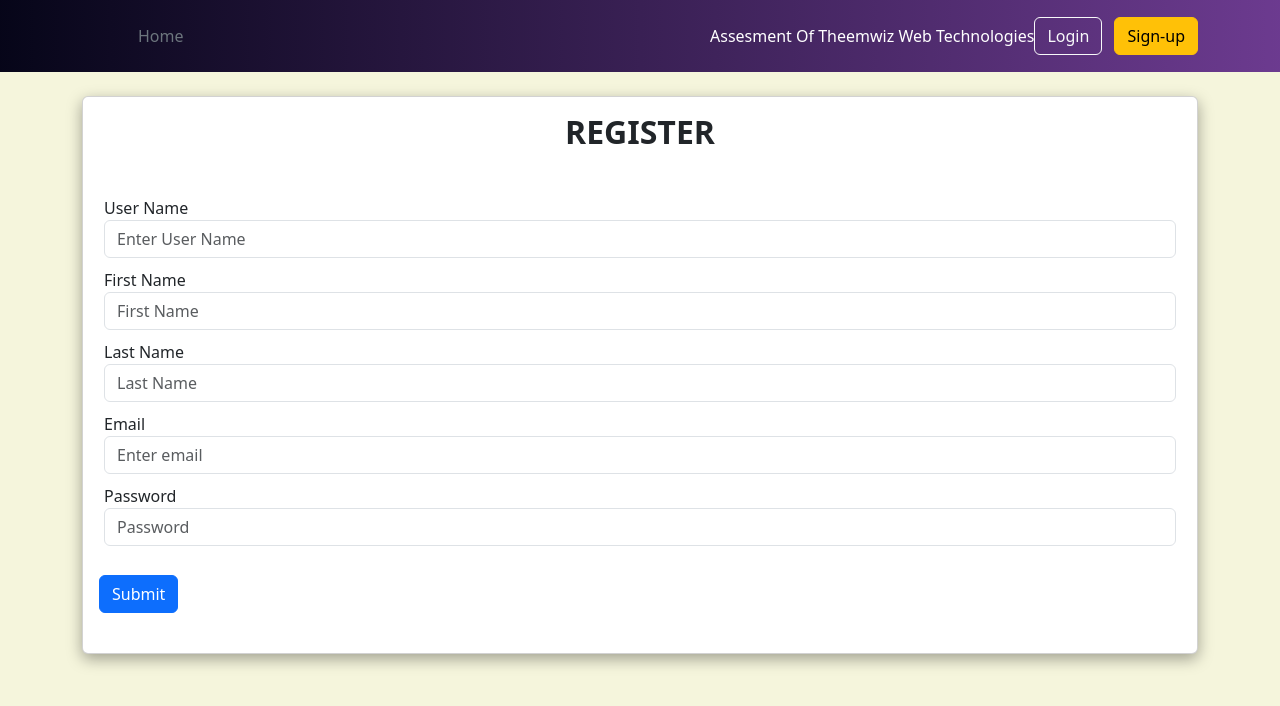
Repository: professorsourabh/php_membership
Page: index.html
An editor plug-in stored every save of this project. The page is shown before and after the next save, followed by the edit.
The browser window is 1280 px wide. The pictures show the whole page.

Above is the page before, as saved 2023-07-08 17:30:15.

After the next save:
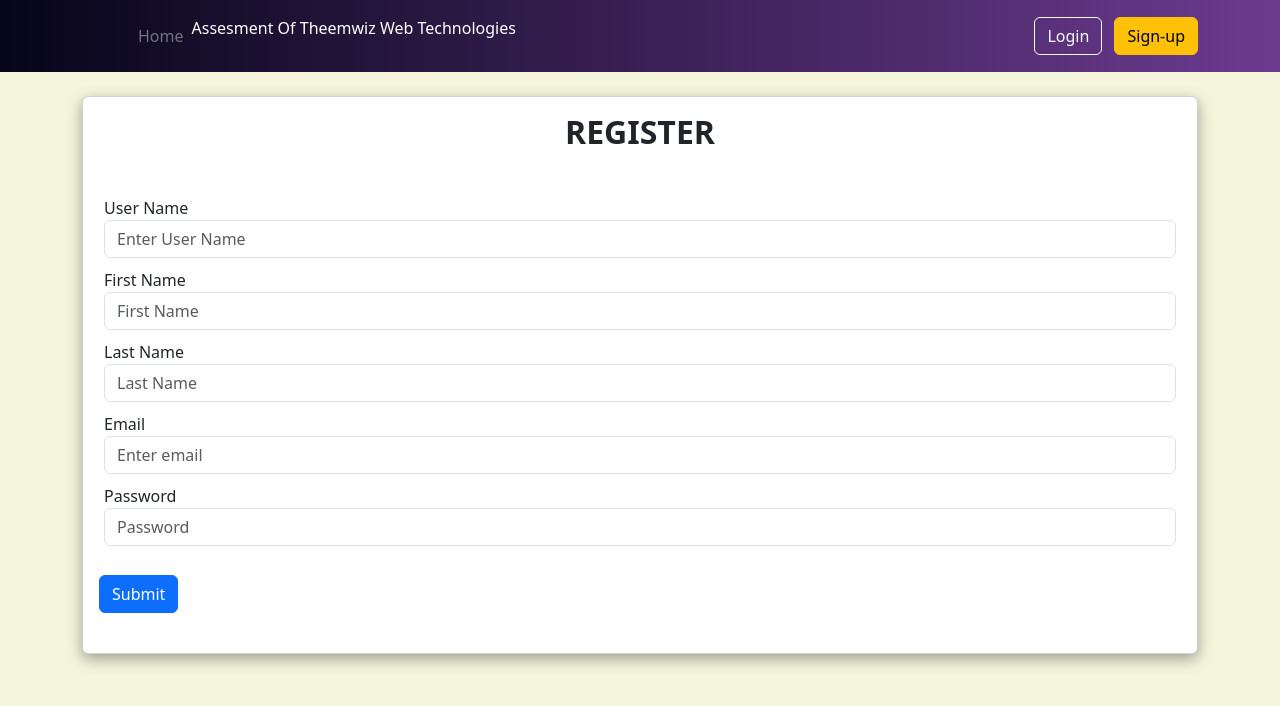
Saved 8 s later.
--- a/index.html
+++ b/index.html
@@ -16,11 +16,11 @@
 
             <ul class="nav col-12 col-lg-auto me-lg-auto mb-2 justify-content-center mb-md-0">
               <li><a href="#" class="nav-link px-2 text-secondary">Home</a></li>
-
-            </ul>
-            <div class="text-center">
+              <div class="text-center">
                 Assesment Of Theemwiz Web Technologies
             </div>
+            </ul>
+
 
 
             <div class="text-end">
